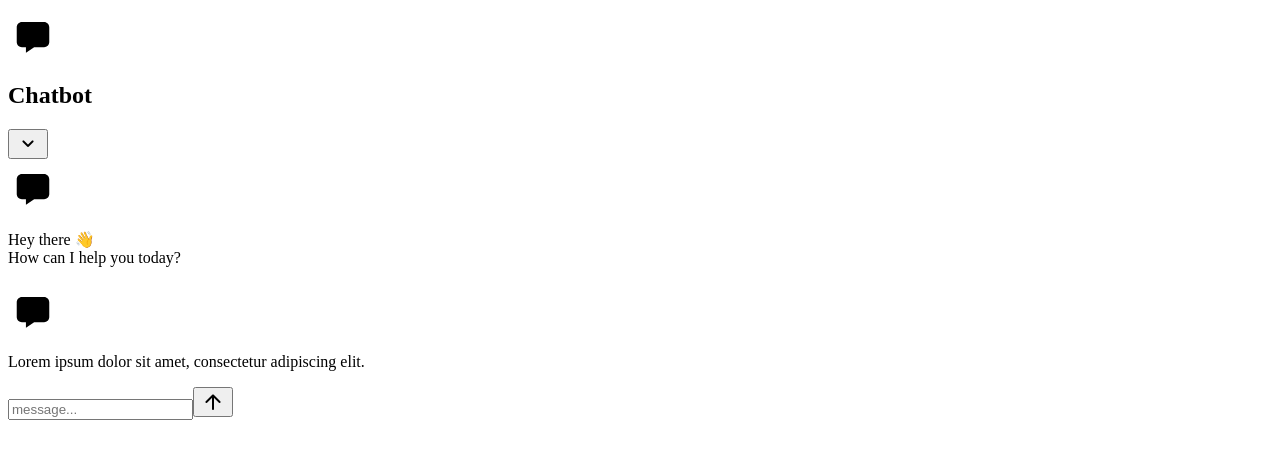
Repository: gogg23/chatbot
Page: / (app in chatbot/)
An editor plug-in stored every save of this project. The page is shown before and after the next save, followed by the edit.
The browser window is 1280 px wide. The pictures show the whole page.
The project was rebuilt for these pictures with package versions that can differ from the ones it lists, and the page was loaded fresh each time. Also part of the build but not shown: chatbot/vite.config.js.

Above is the page before, as saved 2025-01-09 17:33:28.

### chatbot/index.html
<!DOCTYPE html>
<html lang="en">
  <head>
    <meta charset="UTF-8" />
    <link rel="icon" type="image/svg+xml" href="/vite.svg" />
    <meta name="viewport" content="width=device-width, initial-scale=1.0" />
    <title>Chatbot in ReactJS</title>
    <!--Linking google Fonts for Icons-->
    <link
      href="https://fonts.googleapis.com/css2?family=Material+Symbols+Rounded"
      rel="stylesheet"
    />
  </head>
  <body>
    <div id="root"></div>
    <script type="module" src="/src/main.jsx"></script>
  </body>
</html>

### chatbot/src/index.css
/*Importing Google Fonts - Inter*/
@import url('https://fonts.googleapis.com/css2?family=Inter:ital,opsz,wght@0,14..32,100..900;1,14..32,100..900&display=swap');

### chatbot/src/App.jsx
import ChatbotIcon from './components/ChatbotIcon';

const App = () => {
  return (
    <div className='container'>
      <div className='chatbot-popup'>
        {/*Chatbot Header*/}
        <div className='chat-header'>
          <div className='header-info'>
            <ChatbotIcon />
            <h2 className='logo-text'>Chatbot</h2>
          </div>
          <button className='material-symbols-rounded'>
            keyboard_arrow_down
          </button>
        </div>
        {/*Chatbot Body*/}
        <div className='chat-body'>
          <div className='message bot-message'>
            <ChatbotIcon />
            <p className='message-text'>
              Hey there 👋
              <br />
              How can I help you today?
            </p>
          </div>
          <div className='message user-message'>
            <ChatbotIcon />
            <p className='message-text'>
              Lorem ipsum dolor sit amet, consectetur adipiscing elit.
            </p>
          </div>
        </div>
        {/*Chatbot Footer*/}
        <div className='chat-footer'>
          <form action='#' className='chat-form'></form>
          <input
            type='text'
            placeholder='message...'
            className='message-input'
            required
          />
          <button className='material-symbols-rounded'>arrow_upward</button>
        </div>
      </div>
    </div>
  );
};

export default App;

### chatbot/src/components/ChatbotIcon.jsx
const ChatbotIcon = () => {
  return (
    <svg
      xmlns='http://www.w3.org/2000/svg'
      width='50'
      height='50'
      viewBox='0 0 1024 1024'
    >
      <path
        d='M738.3 287.6H285.7c-59 0-106.8
      47.8-106.8 106.8v303.1c0 59 47.8 106.8 106.8 106.8h81.5v111.1c0
      .7.8 1.1 1.4.7l166.9-110.6 41.8-.8h117.4l43.6-.4c59
      0 106.8-47.8 106.8-106.8V394.5c0-59-47.8-106.9-106.8-106.9zM351
      .7 448.2c0-29.5 23.9-53.5 53.5-53.5s53.5 23.9 53.5 53.5-23.9
      53.5-53.5 53.5-53.5-23.9-53.5-53.5zm157.9 267.1c-67.8 0-123.8-47
      .5-132.3-109h264.6c-8.6 61.5-64.5 109-132.3 109zm110-213.7c-29.5
      0-53.5-23.9-53.5-53.5s23.9-53.5 53.5-53.5 53.5 23.9 53.5 53.5-23.9
      53.5-53.5 53.5zM867.2 644.5V453.1h26.5c19.4 0 35.1 15.7 35.1 35.1v121.1c0
      19.4-15.7 35.1-35.1 35.1h-26.5zM95.2 609.4V488.2c0-19.4 15.7-35.1
      35.1-35.1h26.5v191.3h-26.5c-19.4 0-35.1-15.7-35.1-35.1zM561.5 149.6c0 23.4-15.6
      43.3-36.9 49.7v44.9h-30v-44.9c-21.4-6.5-36.9-26.3-36.9-49.7 0-28.6 23.3-51.9 51.9-51.9s51.9
      23.3 51.9 51.9z'
      />
    </svg>
  );
};

export default ChatbotIcon;

Loaded but not shown: chatbot/src/main.jsx (common file)

After the next save:
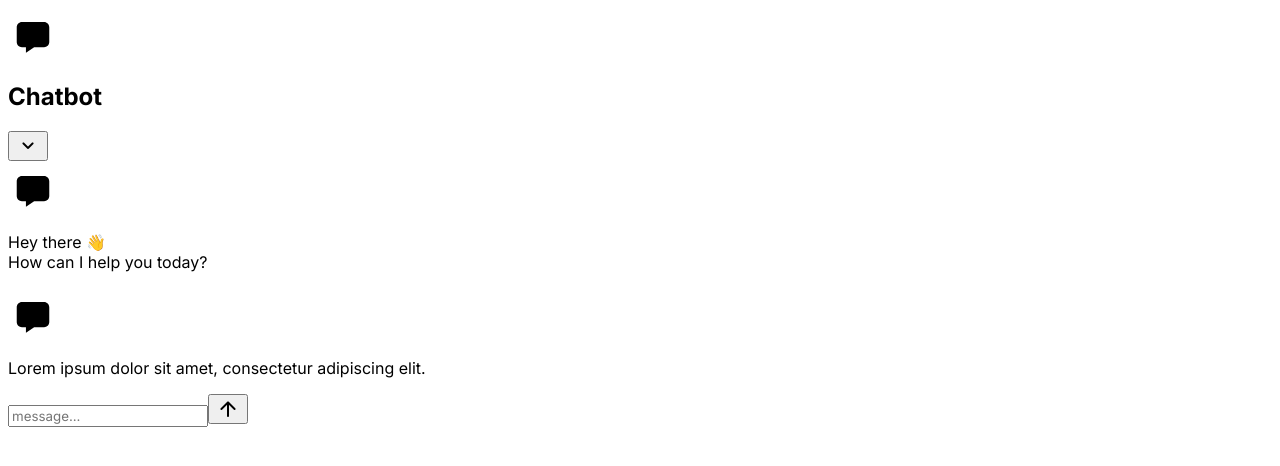
Saved 41 h 14 min later.
--- a/chatbot/src/index.css
+++ b/chatbot/src/index.css
@@ -1,2 +1,6 @@
 /*Importing Google Fonts - Inter*/
 @import url('https://fonts.googleapis.com/css2?family=Inter:ital,opsz,wght@0,14..32,100..900;1,14..32,100..900&display=swap');
+
+* {
+  font-family: 'Inter', sans-serif;
+}
